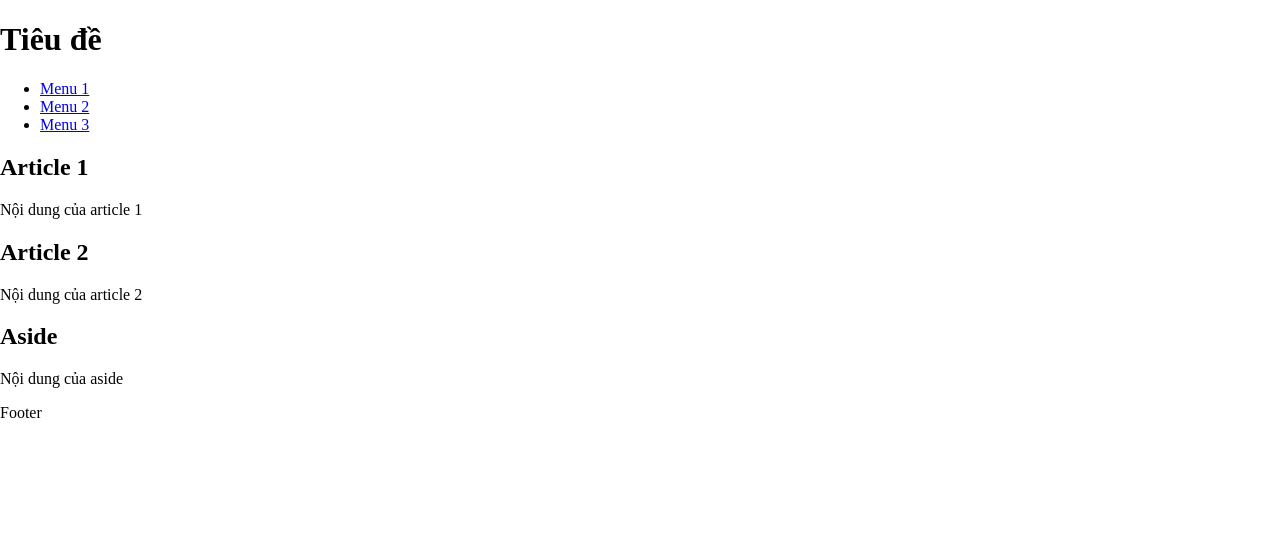
Repository: G1tHub-zer0/BTTH
Page: BTCSS/bai21.html
These files come from the project's save history. The page is drawn as it stood at one moment and after the next save; the edit follows.
The browser window is 1280 px wide. The pictures show the whole page.

Above is the page before, as saved 2024-03-22 20:27:50.

After the next save:
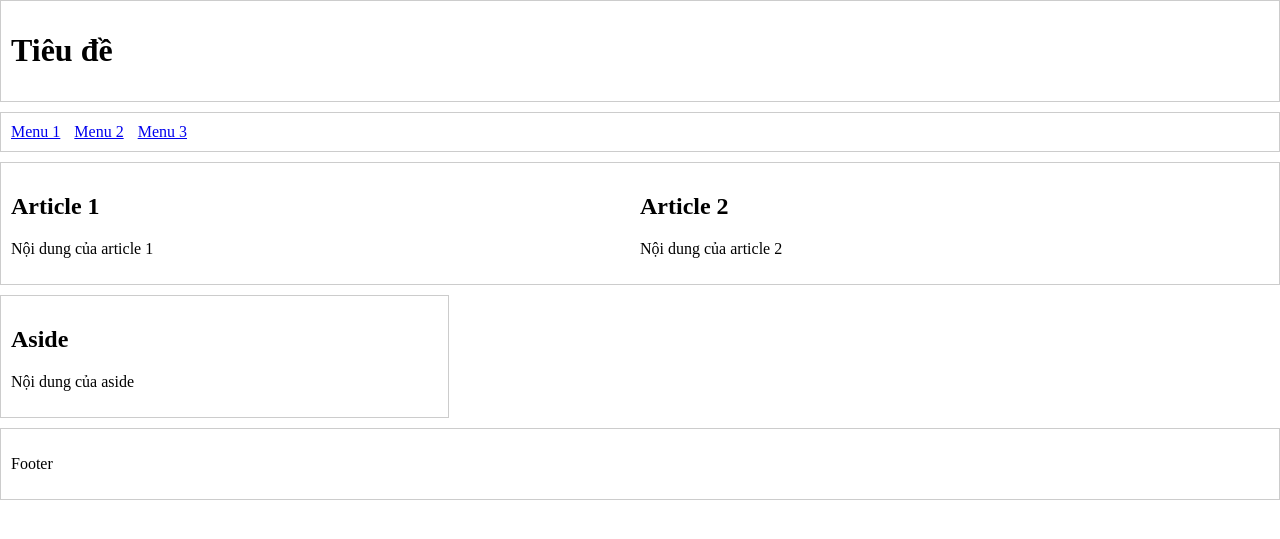
Saved 21 s later.
--- a/BTCSS/bai21.css
+++ b/BTCSS/bai21.css
@@ -58,3 +58,38 @@ footer {
   background-color: #ccc;
   padding: 20px;
 } */
+
+/* Layout 4, 5, 6 */
+header,
+nav,
+section,
+aside,
+footer {
+  padding: 10px;
+  border: 1px solid #ccc;
+  margin-bottom: 10px;
+}
+
+nav ul {
+  list-style-type: none;
+  padding: 0;
+  margin: 0;
+}
+
+nav ul li {
+  display: inline;
+  margin-right: 10px;
+}
+
+section.main {
+  display: flex;
+}
+
+section.main article {
+  width: 66.66%;
+  margin-right: 10px;
+}
+
+aside {
+  width: 33.33%;
+}
